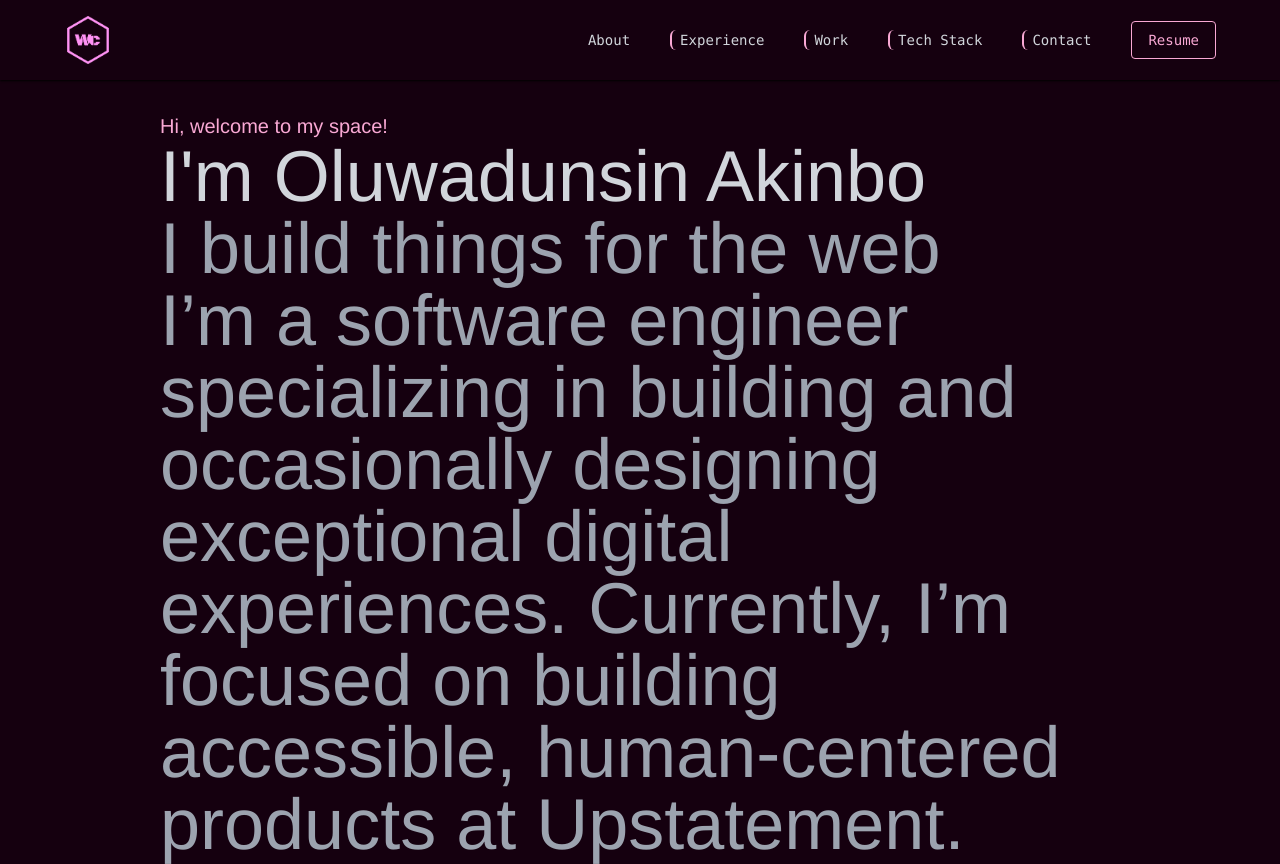
Repository: EmmyDunny1/myPortfolio
Page: / (app in MyPortfolio/)
The author's editor kept a copy of each file at every save. The page is drawn from the files as they stood at one save, then again after the next save.
The browser window is 1280 px wide. The pictures show the whole page.
The project was rebuilt for these pictures with package versions that can differ from the ones it lists, and the page was loaded fresh each time. Also part of the build but not shown: MyPortfolio/vite.config.js.

Above is the page before, as saved 2025-01-13 10:47:00.

### MyPortfolio/index.html
<!doctype html>
<html lang="en">
  <head>
    <meta charset="UTF-8" />
    <link rel="icon" type="image/svg+xml" href="/vite.svg" />
    <meta name="viewport" content="width=device-width, initial-scale=1.0" />
    <title>My Portfolio Website</title>
  </head>
  <body>
    <div id="root"></div>
    <script type="module" src="/src/main.jsx"></script>
  </body>
</html>

### MyPortfolio/src/index.css
@tailwind base;
@tailwind components;
@tailwind utilities;


body{

    max-width: 90rem;
  /* margin-left: 2rem;
  margin-right: 2rem; */
  background:   rgb(21, 0, 15);
  font-family: "Helvetica Neue";
  }

  img {
    width: 12rem;
    height: 7rem;
  }

  p{ font-size: 14px

  }

### MyPortfolio/src/App.jsx
import React from 'react'
import Navbar from './components/Navbar'
import HeroSection from './components/HeroSection'
const App = () => {
  return (
    <div>
    <div className=''> <Navbar/> </div>
    <div className='mt-[7rem]'><HeroSection/> </div>

    </div>
  )
}

export default App

### MyPortfolio/src/components/Navbar.jsx
import React from 'react'
import WEBCANIC from '../assets/WEBCANIC.png'

const Navbar = () => {
  return (
    <nav className="fixed top-0 left-0 w-full bg-dark-navy shadow-sm  shadow-black text-gray-300 z-10">
    <div className=" flex items-center justify-between py-4 mx-[4rem]">
      <div className="flex items-center">

          <img src={WEBCANIC} className='h-[3rem] w-[3rem]' alt="" />

      </div>
      <div className="flex items-center space-x-8 ">
        <a
          href="#about"
          className="hover:text-green text-sm font-mono  border-solid border-pink-300 rounded-md px-2 ">
          <div>  </div>  About
        </a>
        <a
          href="#experience"
          className="hover:text-green text-sm font-mono border-l-2 border-solid border-pink-300 rounded-md px-2">
           Experience
        </a>
        <a
          href="#work"
          className="hover:text-green text-sm font-mono border-l-2 border-solid border-pink-300 rounded-md px-2">
           Work
        </a>
        <a
          href="#work"
          className="hover:text-green text-sm font-mono border-l-2 border-solid border-pink-300 rounded-md px-2">
           Tech Stack
        </a>
        <a
          href="#contact"
          className="hover:text-green text-sm font-mono border-l-2 border-solid border-pink-300 rounded-md px-2">
           Contact
        </a>
        <a
          href="/resume.pdf"
          download
          className="border border-green text-pink-300 px-4 py-2 rounded text-sm font-mono hover:bg-green hover:text-dark-navy hover:shadow-sm hover:shadow-gray-300 hover:border-gray-300 hover:text-gray-300 transition border-pink-300">
          Resume
        </a>
      </div>
    </div>
  </nav>
  )
}

export default Navbar

### MyPortfolio/src/components/HeroSection.jsx
import React from 'react'

const HeroSection = () => {
  return (
    <div className='block mx-[10rem] '>

      <div className=''>
        <span className='text-pink-300 text-xl pt-5'>Hi, welcome to my space!</span>
        <h1 className='text-7xl text-gray-300 '>I'm Oluwadunsin Akinbo</h1>
        <h2 className='text-7xl text-gray-400'>I build things for the web</h2>

        <p className='text-7xl text-gray-400'>I’m a software engineer specializing in building and occasionally designing exceptional digital experiences. Currently, I’m focused on building accessible, human-centered products at Upstatement.</p>


      </div>

    </div>
  )
}

export default HeroSection

Loaded but not shown: MyPortfolio/src/main.jsx (common file); MyPortfolio/tailwind.config.js (common file)

After the next save:
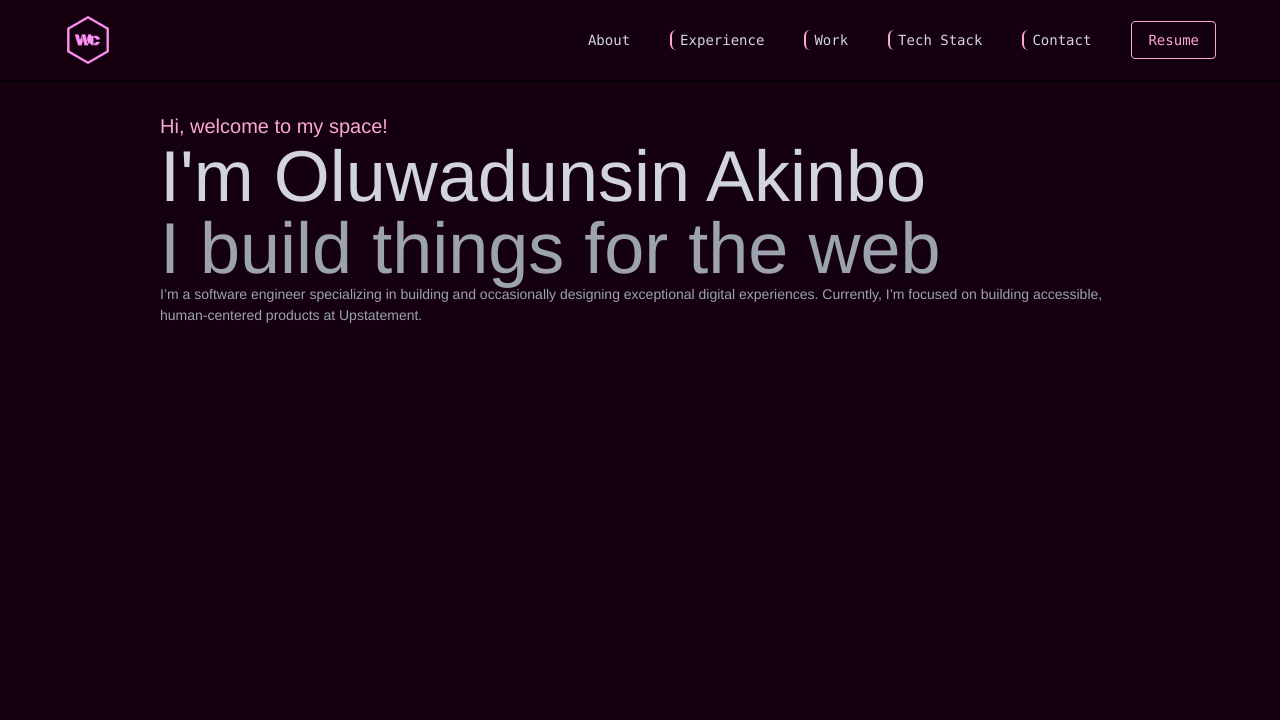
Saved 9 s later.
--- a/MyPortfolio/src/components/HeroSection.jsx
+++ b/MyPortfolio/src/components/HeroSection.jsx
@@ -9,7 +9,7 @@
         <h1 className='text-7xl text-gray-300 '>I'm Oluwadunsin Akinbo</h1>
         <h2 className='text-7xl text-gray-400'>I build things for the web</h2>
 
-        <p className='text-7xl text-gray-400'>I’m a software engineer specializing in building and occasionally designing exceptional digital experiences. Currently, I’m focused on building accessible, human-centered products at Upstatement.</p>
+        <p className='text-md text-gray-400'>I’m a software engineer specializing in building and occasionally designing exceptional digital experiences. Currently, I’m focused on building accessible, human-centered products at Upstatement.</p>
 
 
       </div>
